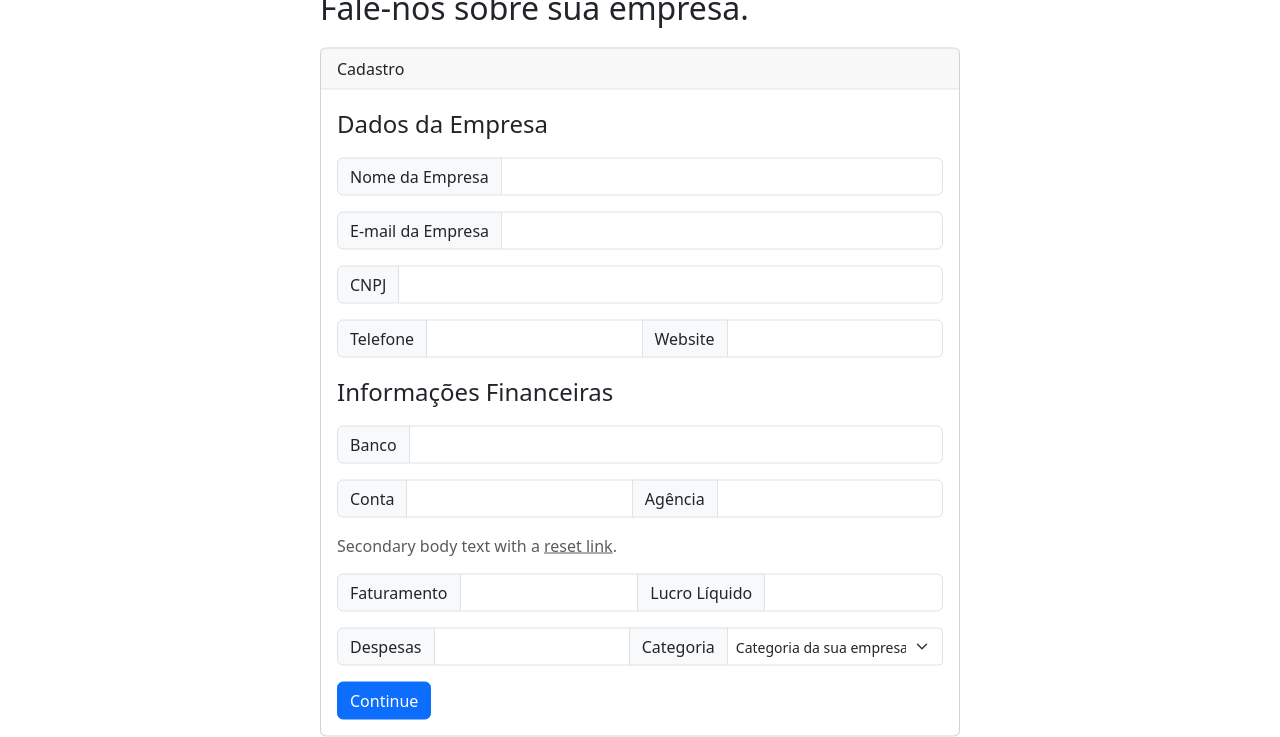
Repository: vandrecx/utilitaries
Page: http://localhost/login_archive/cadastro.php
The author's editor kept a copy of each file at every save. The page is drawn from the files as they stood at one save, then again after the next save.
The browser window is 1280 px wide. The pictures show the whole page.
The page is run by PHP 8.4 with error messages shown; the project is at /var/www/html/.

Above is the page before, as saved 2024-05-03 13:27:24.

### login_archive/cadastro.php
<?php

require_once 'Conn.php';
include 'funcoes.php';

?>

<!DOCTYPE html>
<html lang="en">
<head>
    <meta charset="UTF-8">
    <meta name="viewport" content="width=device-width, initial-scale=1.0">
    <link href="https://cdn.jsdelivr.net/npm/bootstrap@5.3.3/dist/css/bootstrap.min.css" rel="stylesheet" integrity="sha384-QWTKZyjpPEjISv5WaRU9OFeRpok6YctnYmDr5pNlyT2bRjXh0JMhjY6hW+ALEwIH" crossorigin="anonymous">
    <title>Página de Cadastro</title>
</head>
<body>
    <div style="width: 50%; justify-content: center; position: absolute; top: 50%; left: 50%; transform: translate(-50%, -50%);">
        <p class="fs-2">Fale-nos sobre sua empresa.</p>
        <div class="card">
            <div class="card-header">
                Cadastro
            </div>
            <div class="card-body">
                <p class="fs-4">Dados da Empresa</p>
                <form method="POST" action="UserSignUp.php">
                    <div class="input-group mb-3">
                        <span class="input-group-text" id="inputGroup-sizing-default">Nome da Empresa</span>
                        <input type="text" class="form-control" aria-label="Sizing example input" aria-describedby="inputGroup-sizing-default">
                    </div>
                    <div class="input-group mb-3">
                        <span class="input-group-text" id="inputGroup-sizing-default">E-mail da Empresa</span>
                        <input type="text" class="form-control" aria-label="Sizing example input" aria-describedby="inputGroup-sizing-default">
                    </div>
                    <div class="input-group mb-3">
                        <span class="input-group-text" id="inputGroup-sizing-default">CNPJ</span>
                        <input type="text" class="form-control" aria-label="Sizing example input" aria-describedby="inputGroup-sizing-default">
                    </div>
                    <div class="input-group mb-3">
                        <span class="input-group-text" id="inputGroup-sizing-default">Telefone</span>
                        <input type="text" class="form-control" aria-label="Sizing example input" aria-describedby="inputGroup-sizing-default">
                        <span class="input-group-text" id="inputGroup-sizing-default">Website</span>
                        <input type="text" class="form-control" aria-label="Sizing example input" aria-describedby="inputGroup-sizing-default">
                    </div>
                    <p class="fs-4">Informações Financeiras</p>
                    <div class="input-group mb-3">
                        <span class="input-group-text" id="inputGroup-sizing-default">Banco</span>
                        <input type="text" class="form-control" aria-label="Sizing example input" aria-describedby="inputGroup-sizing-default">
                    </div>
                    <div class="input-group mb-3">
                        <span class="input-group-text" id="inputGroup-sizing-default">Conta</span>
                        <input type="text" class="form-control" aria-label="Sizing example input" aria-describedby="inputGroup-sizing-default">
                        <span class="input-group-text" id="inputGroup-sizing-default">Agência</span>
                        <input type="text" class="form-control" aria-label="Sizing example input" aria-describedby="inputGroup-sizing-default">
                    </div>
                    <p class="text-body-secondary">
                        Secondary body text with a <a href="#" class="text-reset">reset link</a>.
                    </p>
                    <div class="input-group mb-3">
                        <span class="input-group-text" id="inputGroup-sizing-default">Faturamento</span>
                        <input type="text" class="form-control" aria-label="Sizing example input" aria-describedby="inputGroup-sizing-default">
                        <span class="input-group-text" id="inputGroup-sizing-default">Lucro Líquido</span>
                        <input type="text" class="form-control" aria-label="Sizing example input" aria-describedby="inputGroup-sizing-default">
                    </div>
                    <div class="input-group mb-3">
                        <span class="input-group-text" id="inputGroup-sizing-default">Despesas</span>
                        <input type="text" class="form-control" aria-label="Sizing example input" aria-describedby="inputGroup-sizing-default">
                        <span class="input-group-text" id="inputGroup-sizing-default">Categoria</span>
                        <select class="form-select form-select-sm" aria-label="Large select example">
                            <option selected>Categoria da sua empresa</option>
                            <option value="1">Prestação de Serviços</option>
                            <option value="2">Indústria</option>
                            <option value="3">Vendas</option>
                        </select>
                    </div>
                    <button type="submit" class="btn btn-primary" name="submit">Continue</button>
                </form>
            </div>
        </div>
    </div>

</body>
</html>

### login_archive/Conn.php
<?php

//PDO (PHP DATA OBJECTS)

$pdo = new PDO("mysql:host=localhost; dbname=sistema; charset=UTF8", "root", ""); // REALIZA CONEXÃO COM PDO
$pdo->setAttribute(PDO::ATTR_ERRMODE, PDO::ERRMODE_EXCEPTION); // EXCEPTIONS

?>

### login_archive/funcoes.php
<?php

require_once 'Conn.php';

// FUNÇÃO RESPONSÁVEL POR SANITIZAR OS DADOS PASSADOS POR POST
function sanitizeData($input_name, $type){
    switch ($type){

        case 'text':
            return filter_input(INPUT_POST, $input_name, FILTER_SANITIZE_SPECIAL_CHARS);
            break;

        case 'email':
            $email = filter_input(INPUT_POST, $input_name, FILTER_SANITIZE_EMAIL);
            //VALIDAR EMAIL AQUI NO MEIO
            return $email;
            break;

        case 'url':
            return filter_input(INPUT_POST, $input_name, FILTER_SANITIZE_URL);
            break;

        case 'int':
            return filter_input(INPUT_POST, $input_name, FILTER_SANITIZE_NUMBER_INT);
            break;

        case 'float':
            return filter_input(INPUT_POST, $input_name, FILTER_SANITIZE_NUMBER_FLOAT);
            break;

        default:
            return $input_name;
    }
}

// GERA SENHA ALEATÓRIA DE 6 CARACTERES
function generatePassword(){
    $chars = 'abcdefghijklmnopqrstuvwxyzABCDEFGHIJKLMNOPQRSTUVWXYZ0123456789!@#$%^&*()-_=+';
    return substr(str_shuffle($chars), 0, 5) . substr(str_shuffle('ABCDEFGHIJKLMNOPQRSTUVWXYZ!@#$%^&*()-_=+'), 0, 1);
}

// ATUALIZA SENHA (usada em ForgotPassword.php)
function updatePass($newpass, $email, $pdo){

    try{

        $update = $pdo->prepare("UPDATE entidade SET s_password_entidade = :new_pass WHERE s_enterpriseemail_entidade = :s_enterpriseemail_entidade");
        $update->bindParam(':new_pass', $newpass);
        $update->bindParam(':s_enterpriseemail_entidade', $email);
        $update->execute();

    } catch(PDOException $err) {

        echo 'Erro na atualização: ' . $err;

    }

}

//ESCONDE EMAIL DE RECUPERAÇÃO PASSADO POR SESSION
function hideEmail(){

    session_start();

    $email = $_SESSION['pass_repair'];
    $encript_email = substr($email, 0, 5);
    $result_email = $encript_email . str_repeat("*", strlen($email) - 5);

    session_destroy();

    return $result_email;
}

?>

After the next save:
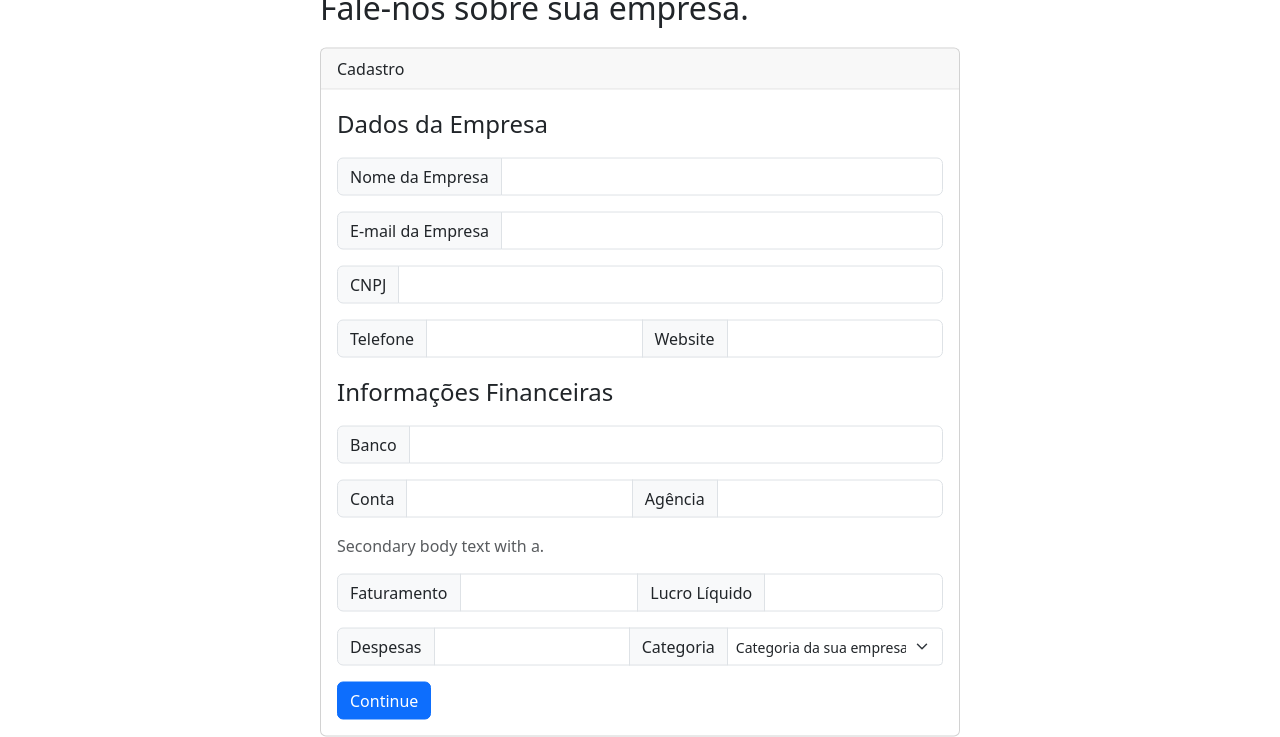
Saved 6 s later.
--- a/login_archive/cadastro.php
+++ b/login_archive/cadastro.php
@@ -53,7 +53,7 @@ include 'funcoes.php';
                         <input type="text" class="form-control" aria-label="Sizing example input" aria-describedby="inputGroup-sizing-default">
                     </div>
                     <p class="text-body-secondary">
-                        Secondary body text with a <a href="#" class="text-reset">reset link</a>.
+                        Secondary body text with a.
                     </p>
                     <div class="input-group mb-3">
                         <span class="input-group-text" id="inputGroup-sizing-default">Faturamento</span>
